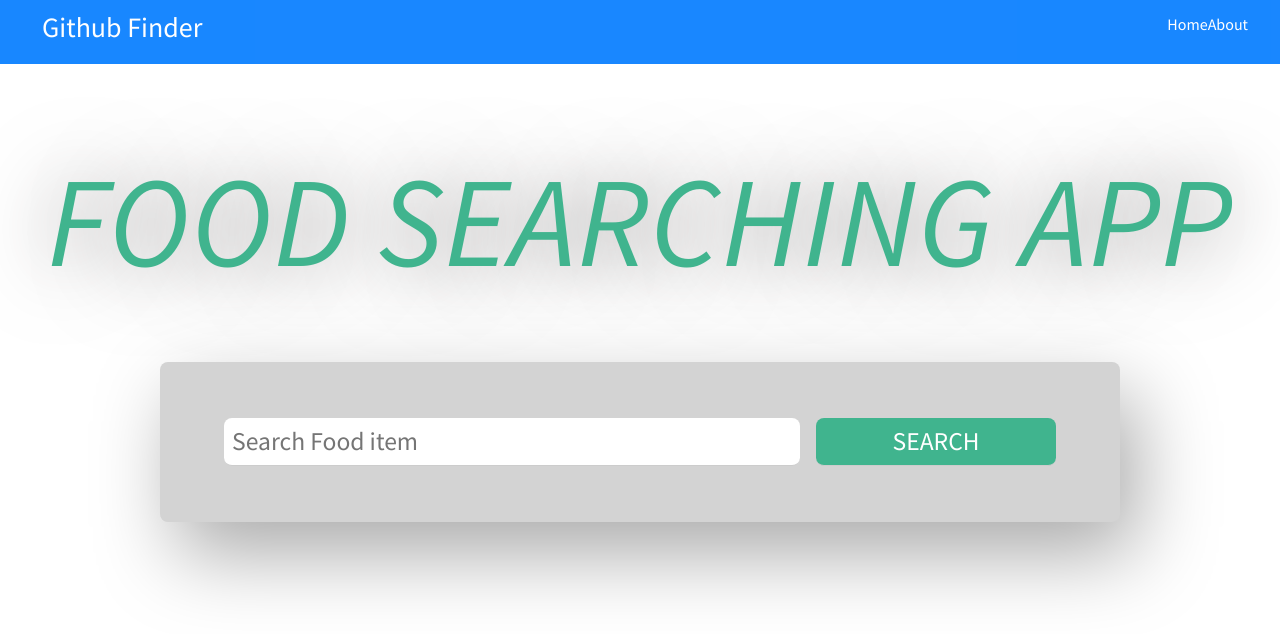
Repository: priyavmehta/React-Food-Recipe-App
Page: /contact
The author's editor kept a copy of each file at every save. The page is drawn from the files as they stood at one save, then again after the next save.
The browser window is 1280 px wide. The pictures show the whole page.
The project was rebuilt for these pictures with package versions that can differ from the ones it lists, and the page was loaded fresh each time. Also part of the build but not shown: src/Components/RecipeDetails.js, src/Components/Recipe.js, src/Components/Alert.js.

Above is the page before, as saved 2020-07-11 22:02:00.

After the next save:
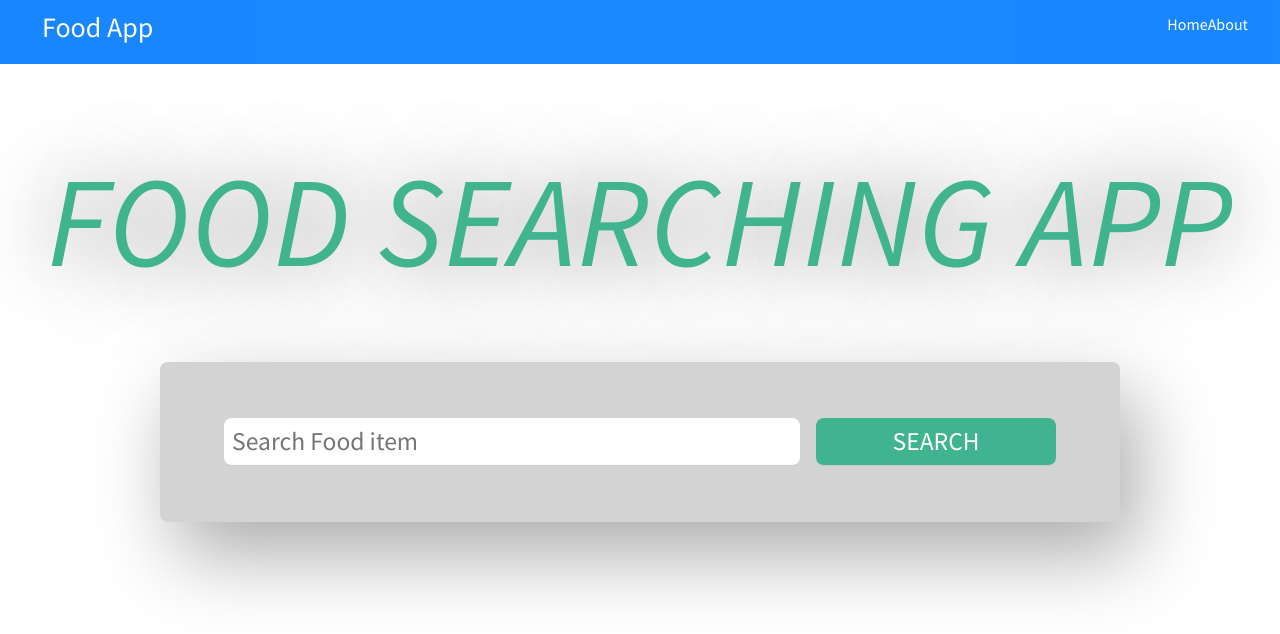
Saved 51 s later.
--- a/src/Components/Navbar.js
+++ b/src/Components/Navbar.js
@@ -21,7 +21,7 @@ const Navbar = ({icon, title}) => {
 }
 
 Navbar.defaultProps = {
-    title : "Github Finder",
+    title : "Food App",
     icon : "fab fa-github"
 };
 
